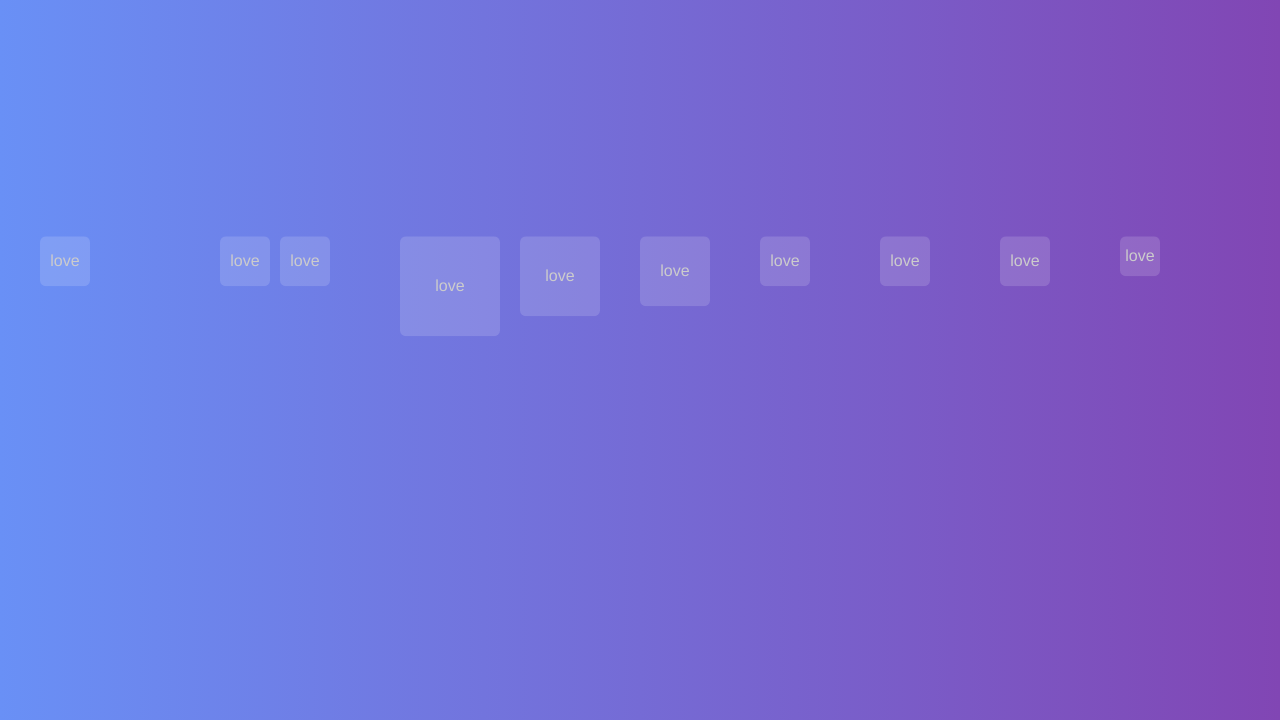
Repository: ddshiyu/qiongqiong
Page: index.html
These files come from the project's save history. The page is drawn as it stood at one moment and after a run of saves; the edit follows.
The browser window is 1280 px wide. The pictures show the whole page.

Above is the page before, as saved 2019-12-29 10:55:03.

### index.html
<!DOCTYPE html>
<html lang="en">
<head>
    <meta charset="UTF-8">
    <meta name="viewport" content="width=device-width, initial-scale=1.0">
    <meta http-equiv="X-UA-Compatible" content="ie=edge">
    <link rel="stylesheet" href="./reset.css">
    <link rel="stylesheet" href="./index.css">
    <title>I will try</title>
</head>
<body>
    <ul class="ball-box">
        <li>love</li>
        <li>love</li>
        <li>love</li>
        <li>love</li>
        <li>love</li>
        <li>love</li>
        <li>love</li>
        <li>love</li>
        <li>love</li>
        <li>love</li>
    </ul>
</body>
</html>

### reset.css
html {
overflow-x:auto;
overflow-y:scroll;
}
body, dl, dt, dd, ul, ol, li, pre, form, fieldset, input, p, blockquote, th, td {
font-weight:400;
margin:0;
padding:0;
}
h1, h2, h3, h4, h4, h5 {
margin:0;
padding:0;
}
body {
background-color:#FFFFFF;
color:#666666;
font-family:Helvetica,Arial,sans-serif;
font-size:16px;
padding:0 10px;
text-align:left;
}
select {
font-size:16px;
}
table {
border-collapse:collapse;
}
fieldset, img {
border:0 none;
}
fieldset {
margin:0;
padding:0;
}
fieldset p {
margin:0;
padding:0 0 0 8px;
}
legend {
display:none;
}
address, caption, em, strong, th, i {
font-style:normal;
font-weight:400;
}
table caption {
margin-left:-1px;
}
hr {
border-bottom:1px solid #FFFFFF;
border-top:1px solid #E4E4E4;
border-width:1px 0;
clear:both;
height:2px;
margin:5px 0;
overflow:hidden;
}
ol, ul {
list-style-image:none;
list-style-position:outside;
list-style-type:none;
}
caption, th {
text-align:left;
}
q:before, q:after, blockquote:before, blockquote:after {
content:””;
}
2.百度（CSS Reset）：
body {
font-family:arial,helvetica,sans-serif;
font-size:13px;
font-size-adjust:none;
font-stretch:normal;
font-style:normal;
font-variant:normal;
font-weight:normal;
line-height:1.4;
text-align:center;
}
body, ul, ol, dl, dd, h1, h2, h3, h4, h5, h6, p, form, fieldset, legend, input, textarea, select, button, th, td {
margin:0;
padding:0;
}
h1, h2, h3, h4, h5, h6 {
font-size:100%;
font-weight:normal;
}
table {
font-size:inherit;
}
input, select {
font-family:arial,helvetica,clean,sans-serif;
font-size:100%;
font-size-adjust:none;
font-stretch:normal;
font-style:normal;
font-variant:normal;
font-weight:normal;
line-height:normal;
}
button {
overflow:visible;
}
th, em, strong, b, address, cite {
font-style:normal;
font-weight:normal;
}
li {
list-style-image:none;
list-style-position:outside;
list-style-type:none;
}
img, fieldset {
border:0 none;
}
ins {
text-decoration:none;
}

### index.css
body{
    background: linear-gradient(270deg, #8146b4, #6990f6);
    height:100vh;
}
.ball-box{
    width:1200px;
    height:100%;
    margin:0 auto;
    position:relative;
}
.ball-box li{
    position:absolute;
    display:flex;
    justify-content:center;
    align-items:center;
    width:50px;
    height:50px;
    left:0;
    top:500px;
    background-color:rgba(255,255,255,0.15);
    border-radius:6px;
    color:#ccc;
    animation:ball 15s infinite;
}
.ball-box li:nth-child(1){
    left:20%;
}
.ball-box li:nth-child(2){
    width:100px;
    height:100px;
    left:30%;
}
.ball-box li:nth-child(3){
    width:80px;
    height:80px;
    left:40%;
}
.ball-box li:nth-child(4){
    width:70px;
    height:70px;
    left:50%;
}
.ball-box li:nth-child(5){
    left:60%;
}
.ball-box li:nth-child(6){
    left:70%;
}
.ball-box li:nth-child(7){
    left:80%;
}
.ball-box li:nth-child(8){
    width:40px;
    height:40px;
    left:90%;
}
.ball-box li:nth-child(9){
    left:15%;
}
@keyframes ball{
    0%{
        transform:rotateZ(30deg)
    }
    30%{
        transform:translateY(-30vh);
    }
    50%{
        transform:rotateZ(70deg);
        transform:translateY(-60vh);
    }
    100%{
        op
    }
}

After the next 2 saves:
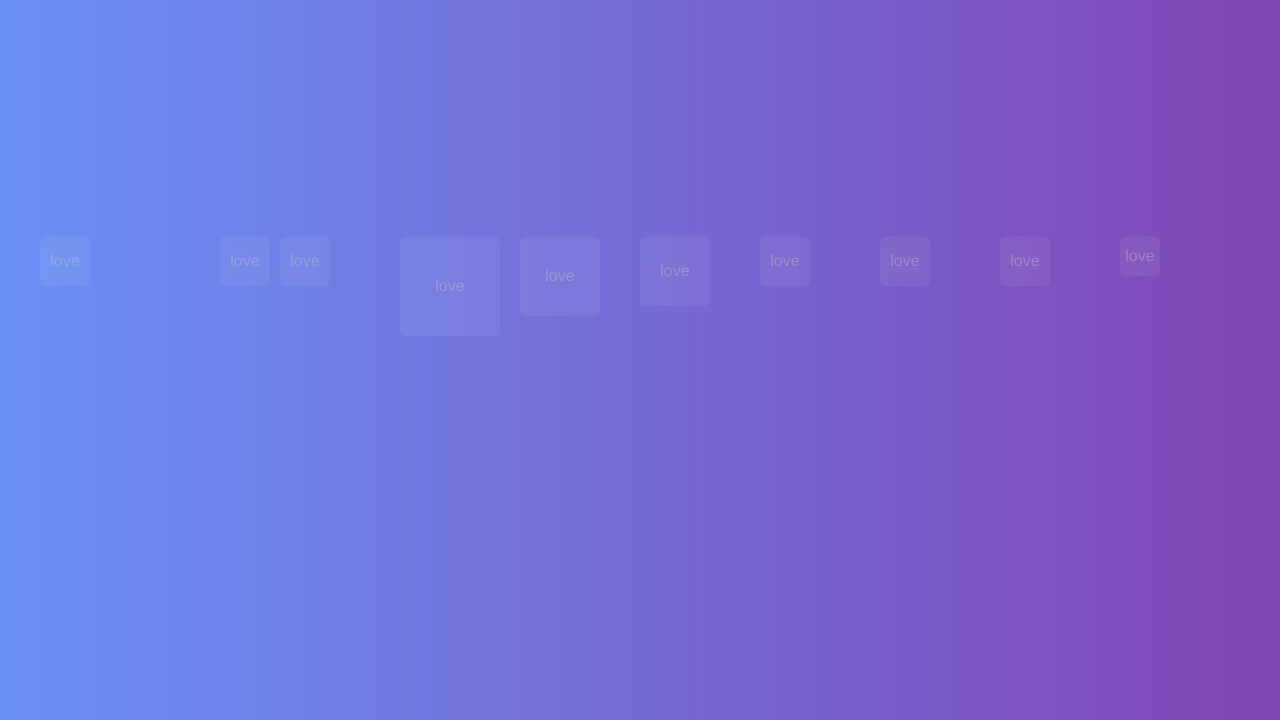
The 2 saves are shown as one change because they came seconds apart.
The last was saved 6 s later.
--- a/index.css
+++ b/index.css
@@ -69,6 +69,7 @@ body{
         transform:translateY(-60vh);
     }
     100%{
-        op
+        opacity:0;
+
     }
 }
